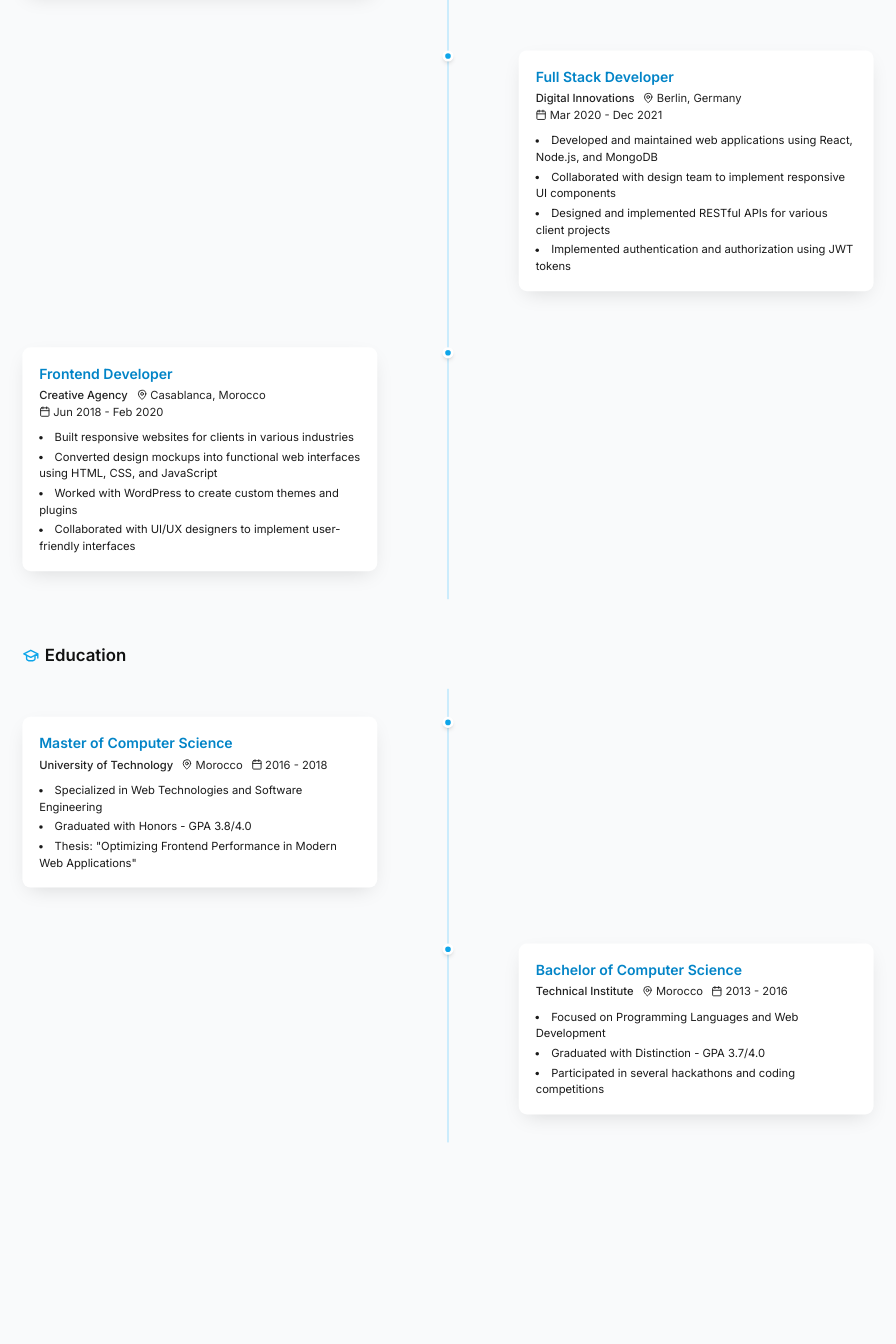
Repository: Abdelilah-Lakrim/Personal_Portfolio
Page: /
The author's editor kept a copy of each file at every save. The page is drawn from the files as they stood at one save, then again after a run of saves.
The browser window is 1280 px wide. The pictures show the part of the page from y = 4580 to 6500 px (the page is 7905 px tall before and 7877 px after), at 70% of full size.
The project was rebuilt for these pictures with package versions that can differ from the ones it lists, and the page was loaded fresh each time. Also part of the build but not shown: vite.config.ts.

Above is the page before, as saved 2025-05-21 12:42:07.

### index.html
<!doctype html>
<html lang="en">
  <head>
    <meta charset="UTF-8" />
    <link rel="icon" type="image/svg+xml" href="/favicon.svg" />
    <meta name="viewport" content="width=device-width, initial-scale=1.0" />
    <meta name="description" content="Abdelilah Lakrim - Full Stack Developer Portfolio">
    <title>Abdelilah Lakrim | Full Stack Developer</title>
  </head>
  <body>
    <div id="root"></div>
    <script type="module" src="/src/main.tsx"></script>
  </body>
</html>

### src/App.tsx
import React, { useEffect, useState } from 'react';
import Header from './components/Header';
import Hero from './components/Hero';
import About from './components/About';
import Projects from './components/Projects';
import Experience from './components/Experience';
import Skills from './components/Skills';
import Contact from './components/Contact';
import Footer from './components/Footer';
import Cursor from './components/Cursor';
import ScrollToTop from './components/ScrollToTop';

// Import smooth scrolling
import Lenis from '@studio-freight/lenis';

function App() {
  const [mounted, setMounted] = useState(false);

  useEffect(() => {
    // Initialize smooth scrolling
    const lenis = new Lenis({
      duration: 1.2,
      easing: (t) => Math.min(1, 1.001 - Math.pow(2, -10 * t)),
      orientation: 'vertical',
      gestureOrientation: 'vertical',
      smoothWheel: true,
      smoothTouch: false,
      touchMultiplier: 2,
    });

    function raf(time: number) {
      lenis.raf(time);
      requestAnimationFrame(raf);
    }

    requestAnimationFrame(raf);

    // Add intersection observer for animation on scroll
    const observer = new IntersectionObserver(
      (entries) => {
        entries.forEach((entry) => {
          if (entry.isIntersecting) {
            entry.target.classList.add('animate-visible');
          }
        });
      },
      { threshold: 0.1 }
    );

    const hiddenElements = document.querySelectorAll('.animate-hidden');
    hiddenElements.forEach((el) => observer.observe(el));

    setMounted(true);

    return () => {
      // Cleanup
      hiddenElements.forEach((el) => observer.unobserve(el));
    };
  }, []);

  return (
    <div className="hidden-cursor min-h-screen bg-gray-50">
      {mounted && <Cursor />}
      <Header />
      <main>
        <Hero />
        <About />
        <Skills />
        <Projects />
        <Experience />
        <Contact />
      </main>
      <Footer />
      <ScrollToTop />
    </div>
  );
}

export default App;

### src/index.css
@import url('https://fonts.googleapis.com/css2?family=Inter:wght@300;400;500;600;700&family=Poppins:wght@500;600;700&display=swap');

@tailwind base;
@tailwind components;
@tailwind utilities;

:root {
  --cursor-color: rgba(14, 165, 233, 0.7);
}

* {
  margin: 0;
  padding: 0;
  box-sizing: border-box;
  scroll-behavior: smooth;
}

body {
  @apply bg-gray-50 text-dark-800 font-sans overflow-x-hidden;
}

/* Custom cursor styles */
.custom-cursor {
  position: fixed;
  width: 20px;
  height: 20px;
  border-radius: 50%;
  background-color: var(--cursor-color);
  transform: translate(-50%, -50%);
  pointer-events: none;
  z-index: 9999;
  mix-blend-mode: difference;
  transition: transform 0.2s ease-out, opacity 0.2s ease-out, width 0.2s ease-out, height 0.2s ease-out;
}

.custom-cursor.hover {
  width: 50px;
  height: 50px;
  opacity: 0.5;
}

.hidden-cursor {
  cursor: none;
}

/* Custom scrollbar */
::-webkit-scrollbar {
  width: 8px;
}

::-webkit-scrollbar-track {
  @apply bg-gray-100;
}

::-webkit-scrollbar-thumb {
  @apply bg-primary-500 rounded-full;
}

::-webkit-scrollbar-thumb:hover {
  @apply bg-primary-600;
}

/* Section styles */
.section-container {
  @apply max-w-7xl mx-auto px-4 sm:px-6 lg:px-8 py-20;
}

.section-title {
  @apply text-3xl md:text-4xl lg:text-5xl font-bold font-heading mb-8 text-dark-800 relative;
}

.section-title::after {
  content: '';
  @apply absolute bottom-0 left-0 w-24 h-1 bg-primary-500 mt-2 rounded-full;
}

/* Button styles */
.btn-primary {
  @apply px-6 py-3 bg-primary-500 text-white font-medium rounded-md shadow-md hover:bg-primary-600 transition-all duration-300 transform hover:-translate-y-1 focus:outline-none focus:ring-2 focus:ring-primary-400 focus:ring-opacity-50;
}

.btn-secondary {
  @apply px-6 py-3 bg-transparent border-2 border-primary-500 text-primary-500 font-medium rounded-md shadow-md hover:bg-primary-50 transition-all duration-300 transform hover:-translate-y-1 focus:outline-none focus:ring-2 focus:ring-primary-400 focus:ring-opacity-50;
}

/* 3D card effect */
.tilt-card {
  @apply relative overflow-hidden rounded-xl shadow-smooth bg-white p-6 transition-all duration-300 hover:shadow-neon;
  transform-style: preserve-3d;
  transform: perspective(1000px);
}

.skill-bar {
  @apply h-2 rounded-full bg-gray-200 overflow-hidden mt-2;
}

.skill-progress {
  @apply h-full bg-primary-500 rounded-full;
  transition: width 1.5s ease-in-out;
}

/* Animation classes */
.animate-hidden {
  opacity: 0;
  transform: translateY(30px);
}

.animate-visible {
  opacity: 1;
  transform: translateY(0);
  transition: opacity 0.8s ease, transform 0.8s ease;
}

/* Project card styles */
.project-card {
  @apply relative overflow-hidden rounded-xl shadow-smooth transition-all duration-300;
  transform-style: preserve-3d;
  transform: perspective(1000px);
}

.project-card img {
  @apply transition-all duration-500;
}

.project-card:hover img {
  @apply scale-105;
}

.project-card-content {
  @apply absolute inset-0 p-6 flex flex-col justify-end bg-gradient-to-t from-dark-900/80 to-transparent text-white opacity-0 transition-all duration-300;
}

.project-card:hover .project-card-content {
  @apply opacity-100;
}

/* Timeline styles */
.timeline-container {
  @apply relative;
}

.timeline-container::before {
  content: '';
  @apply absolute left-0 md:left-1/2 h-full w-0.5 bg-primary-200 transform md:-translate-x-1/2;
}

.timeline-item {
  @apply relative pt-10 pb-10;
}

.timeline-dot {
  @apply absolute left-0 md:left-1/2 w-4 h-4 rounded-full bg-primary-500 border-4 border-white shadow-md transform md:-translate-x-1/2 z-10;
}

.timeline-content {
  @apply ml-6 md:ml-0 md:w-5/12 p-6 bg-white rounded-xl shadow-smooth transition-all duration-300 hover:shadow-neon;
}

.timeline-item:nth-child(even) .timeline-content {
  @apply md:ml-auto md:mr-0;
}

.timeline-item:nth-child(odd) .timeline-content {
  @apply md:mr-auto md:ml-0;
}

### src/components/Experience.tsx
import React from 'react';
import { motion } from 'framer-motion';
import { Calendar, MapPin, Briefcase } from 'lucide-react';

interface ExperienceItem {
  id: number;
  position: string;
  company: string;
  location: string;
  duration: string;
  description: string[];
}

const Experience: React.FC = () => {
  const experiences: ExperienceItem[] = [
    {
      id: 1,
      position: 'Full Stack Web Developer',
      company: 'LeBahutdesEntrepreneurs.',
      location: 'Remote',
      duration: 'apr 2025 - Present',
      description: [
        'Building and maintaining responsive web applications',
        'Implemented modern UI/UX designs using React, TypeScript, and Tailwind CSS',
        'Reduced page load time by 40% through code optimization and lazy loading techniques',
        'Integrated third-party APIs and services to extend application functionality',
      ],
    },
    {
      id: 2,
      position: 'Full Stack Developer',
      company: 'Digital Innovations',
      location: 'Berlin, Germany',
      duration: 'Mar 2020 - Dec 2021',
      description: [
        'Developed and maintained web applications using React, Node.js, and MongoDB',
        'Collaborated with design team to implement responsive UI components',
        'Designed and implemented RESTful APIs for various client projects',
        'Implemented authentication and authorization using JWT tokens',
      ],
    },
    {
      id: 3,
      position: 'Frontend Developer',
      company: 'Creative Agency',
      location: 'Casablanca, Morocco',
      duration: 'Jun 2018 - Feb 2020',
      description: [
        'Built responsive websites for clients in various industries',
        'Converted design mockups into functional web interfaces using HTML, CSS, and JavaScript',
        'Worked with WordPress to create custom themes and plugins',
        'Collaborated with UI/UX designers to implement user-friendly interfaces',
      ],
    },
  ];

  const education = [
    {
      id: 1,
      degree: 'Master of Computer Science',
      institution: 'University of Technology',
      location: 'Morocco',
      duration: '2016 - 2018',
      description: [
        'Specialized in Web Technologies and Software Engineering',
        'Graduated with Honors - GPA 3.8/4.0',
        'Thesis: "Optimizing Frontend Performance in Modern Web Applications"',
      ],
    },
    {
      id: 2,
      degree: 'Bachelor of Computer Science',
      institution: 'Technical Institute',
      location: 'Morocco',
      duration: '2013 - 2016',
      description: [
        'Focused on Programming Languages and Web Development',
        'Graduated with Distinction - GPA 3.7/4.0',
        'Participated in several hackathons and coding competitions',
      ],
    },
  ];

  return (
    <section id="experience" className="py-20 bg-gray-50">
      <div className="section-container">
        <h2 className="section-title">Experience & Education</h2>

        {/* Work Experience */}
        <div className="mb-16">
          <h3 className="text-2xl font-semibold text-dark-800 mb-8 flex items-center">
            <Briefcase className="w-6 h-6 mr-2 text-primary-500" />
            Work Experience
          </h3>

          <div className="timeline-container">
            {experiences.map((exp, index) => (
              <motion.div
                key={exp.id}
                className="timeline-item"
                initial={{ opacity: 0, y: 50 }}
                whileInView={{ opacity: 1, y: 0 }}
                viewport={{ once: true, margin: "-100px" }}
                transition={{ duration: 0.5, delay: index * 0.1 }}
              >
                <div className="timeline-dot"></div>
                <div className="timeline-content">
                  <h4 className="text-xl font-semibold text-primary-600">{exp.position}</h4>
                  <div className="flex flex-wrap items-center text-dark-600 mt-1 mb-3">
                    <span className="font-medium mr-3">{exp.company}</span>
                    <span className="flex items-center mr-3">
                      <MapPin className="w-4 h-4 mr-1" />
                      {exp.location}
                    </span>
                    <span className="flex items-center">
                      <Calendar className="w-4 h-4 mr-1" />
                      {exp.duration}
                    </span>
                  </div>
                  <ul className="list-disc list-inside text-dark-700 space-y-1">
                    {exp.description.map((item, i) => (
                      <li key={i}>{item}</li>
                    ))}
                  </ul>
                </div>
              </motion.div>
            ))}
          </div>
        </div>

        {/* Education */}
        <div>
          <h3 className="text-2xl font-semibold text-dark-800 mb-8 flex items-center">
            <svg
              xmlns="http://www.w3.org/2000/svg"
              className="w-6 h-6 mr-2 text-primary-500"
              viewBox="0 0 24 24"
              fill="none"
              stroke="currentColor"
              strokeWidth="2"
              strokeLinecap="round"
              strokeLinejoin="round"
            >
              <path d="M22 10v6M2 10l10-5 10 5-10 5z"/>
              <path d="M6 12v5c0 2 2 3 6 3s6-1 6-3v-5"/>
            </svg>
            Education
          </h3>

          <div className="timeline-container">
            {education.map((edu, index) => (
              <motion.div
                key={edu.id}
                className="timeline-item"
                initial={{ opacity: 0, y: 50 }}
                whileInView={{ opacity: 1, y: 0 }}
                viewport={{ once: true, margin: "-100px" }}
                transition={{ duration: 0.5, delay: index * 0.1 }}
              >
                <div className="timeline-dot"></div>
                <div className="timeline-content">
                  <h4 className="text-xl font-semibold text-primary-600">{edu.degree}</h4>
                  <div className="flex flex-wrap items-center text-dark-600 mt-1 mb-3">
                    <span className="font-medium mr-3">{edu.institution}</span>
                    <span className="flex items-center mr-3">
                      <MapPin className="w-4 h-4 mr-1" />
                      {edu.location}
                    </span>
                    <span className="flex items-center">
                      <Calendar className="w-4 h-4 mr-1" />
                      {edu.duration}
                    </span>
                  </div>
                  <ul className="list-disc list-inside text-dark-700 space-y-1">
                    {edu.description.map((item, i) => (
                      <li key={i}>{item}</li>
                    ))}
                  </ul>
                </div>
              </motion.div>
            ))}
          </div>
        </div>
      </div>
    </section>
  );
};

export default Experience;

### src/components/Cursor.tsx
import React, { useEffect, useState } from 'react';

const Cursor: React.FC = () => {
  const [position, setPosition] = useState({ x: 0, y: 0 });
  const [hidden, setHidden] = useState(false);
  const [clicked, setClicked] = useState(false);
  const [hovering, setHovering] = useState(false);

  useEffect(() => {
    const updatePosition = (e: MouseEvent) => {
      setPosition({ x: e.clientX, y: e.clientY });
    };

    const handleMouseEnter = () => setHidden(false);
    const handleMouseLeave = () => setHidden(true);
    const handleMouseDown = () => setClicked(true);
    const handleMouseUp = () => setClicked(false);

    const handleLinkHover = () => setHovering(true);
    const handleLinkLeave = () => setHovering(false);

    // Add event listeners
    window.addEventListener('mousemove', updatePosition);
    document.body.addEventListener('mouseenter', handleMouseEnter);
    document.body.addEventListener('mouseleave', handleMouseLeave);
    window.addEventListener('mousedown', handleMouseDown);
    window.addEventListener('mouseup', handleMouseUp);

    // Add hover effect for links and buttons
    const interactiveElements = document.querySelectorAll('a, button, .tilt-card, .project-card');
    interactiveElements.forEach(el => {
      el.addEventListener('mouseenter', handleLinkHover);
      el.addEventListener('mouseleave', handleLinkLeave);
    });

    return () => {
      window.removeEventListener('mousemove', updatePosition);
      document.body.removeEventListener('mouseenter', handleMouseEnter);
      document.body.removeEventListener('mouseleave', handleMouseLeave);
      window.removeEventListener('mousedown', handleMouseDown);
      window.removeEventListener('mouseup', handleMouseUp);

      interactiveElements.forEach(el => {
        el.removeEventListener('mouseenter', handleLinkHover);
        el.removeEventListener('mouseleave', handleLinkLeave);
      });
    };
  }, []);

  const cursorStyle = {
    left: `${position.x}px`,
    top: `${position.y}px`,
    transform: `translate(-50%, -50%) scale(${clicked ? 0.8 : 1})`,
    opacity: hidden ? 0 : 1,
  };

  const cursorClass = `custom-cursor ${hovering ? 'hover' : ''}`;

  return <div className={cursorClass} style={cursorStyle}></div>;
};

export default Cursor;

### src/components/ScrollToTop.tsx
import React, { useEffect, useState } from 'react';
import { ArrowUp } from 'lucide-react';

const ScrollToTop: React.FC = () => {
  const [isVisible, setIsVisible] = useState(false);

  useEffect(() => {
    const toggleVisibility = () => {
      if (window.scrollY > 500) {
        setIsVisible(true);
      } else {
        setIsVisible(false);
      }
    };

    window.addEventListener('scroll', toggleVisibility);

    return () => window.removeEventListener('scroll', toggleVisibility);
  }, []);

  const scrollToTop = () => {
    window.scrollTo({
      top: 0,
      behavior: 'smooth',
    });
  };

  return (
    <button
      onClick={scrollToTop}
      className={`fixed bottom-8 right-8 p-3 rounded-full bg-primary-500 text-white shadow-lg hover:bg-primary-600 transition-all duration-300 z-50 ${
        isVisible ? 'opacity-100 translate-y-0' : 'opacity-0 translate-y-10 pointer-events-none'
      }`}
      aria-label="Scroll to top"
    >
      <ArrowUp className="w-6 h-6" />
    </button>
  );
};

export default ScrollToTop;

Loaded but not shown: src/main.tsx (common file); tailwind.config.js (95 lines, source omitted); src/components/Projects.tsx (249 lines, source omitted); src/components/Contact.tsx (241 lines, source omitted); src/components/Hero.tsx (178 lines, source omitted); src/components/Footer.tsx (154 lines, source omitted); src/components/Skills.tsx (161 lines, source omitted); src/components/Header.tsx (145 lines, source omitted); src/components/About.tsx (112 lines, source omitted)

After the next 2 saves:
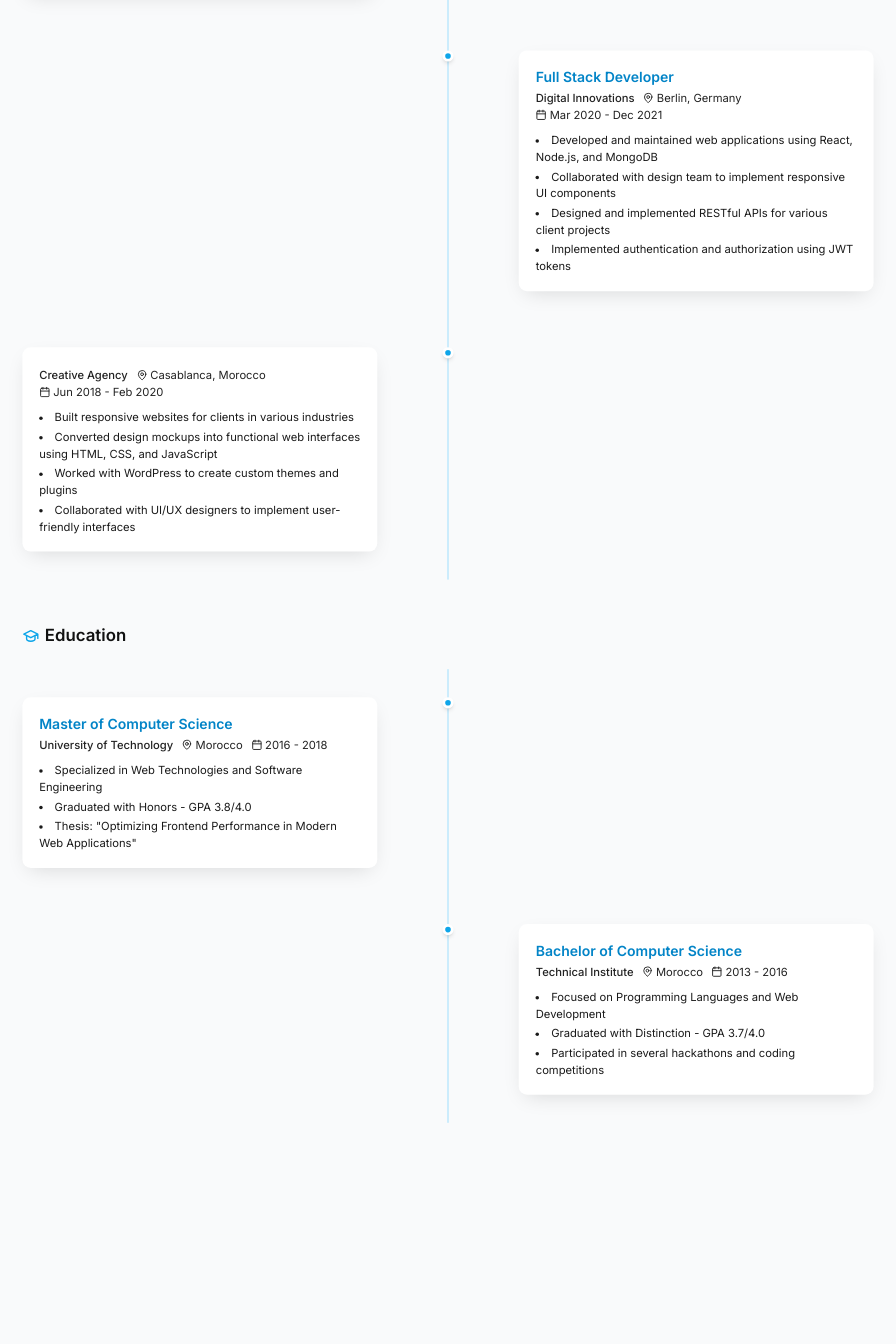
The 2 saves are shown as one change because they came seconds apart.
The last was saved 43 s later.
--- a/src/components/Experience.tsx
+++ b/src/components/Experience.tsx
@@ -41,7 +41,7 @@
     },
     {
       id: 3,
-      position: 'Frontend Developer',
+      position: '',
       company: 'Creative Agency',
       location: 'Casablanca, Morocco',
       duration: 'Jun 2018 - Feb 2020',

After the 3 saves that followed:
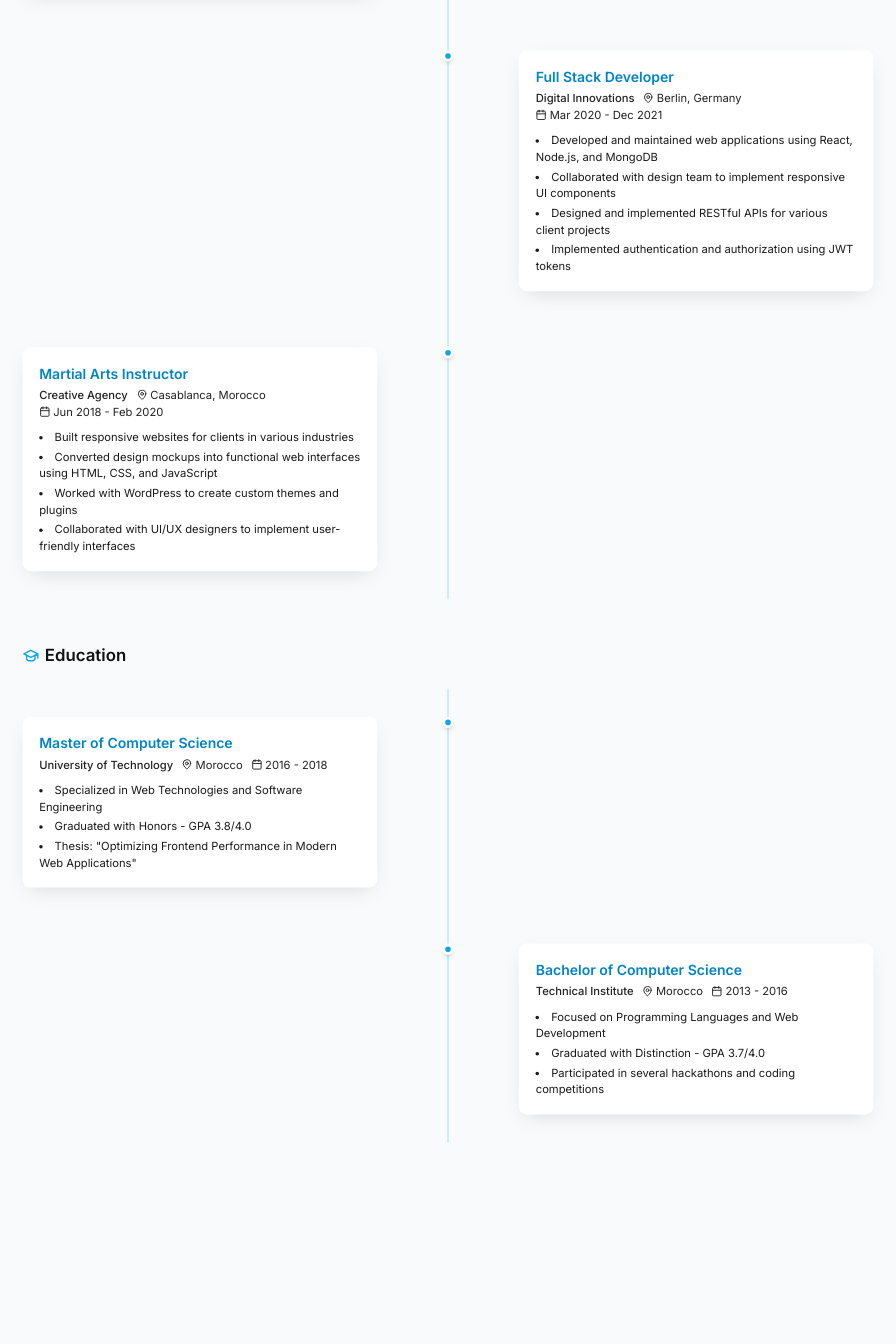
The 3 saves are shown as one change because they came seconds apart.
The last was saved 9 s later.
--- a/src/components/Experience.tsx
+++ b/src/components/Experience.tsx
@@ -41,7 +41,7 @@
     },
     {
       id: 3,
-      position: '',
+      position: 'Martial Arts Instructor',
       company: 'Creative Agency',
       location: 'Casablanca, Morocco',
       duration: 'Jun 2018 - Feb 2020',
